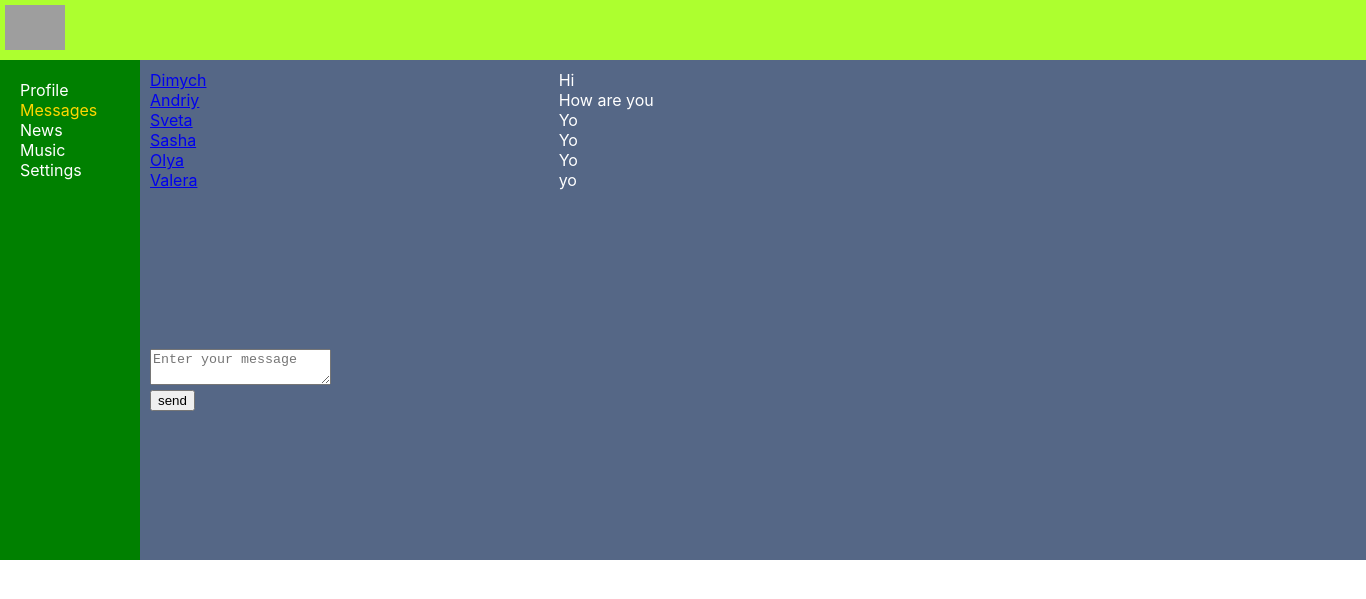
Repository: AndreyMykulych/FirstProject
Page: /dialogs
The author's editor kept a copy of each file at every save. The page is drawn from the files as they stood at one save, then again after the next save.
The browser window is 1280 px wide. The page is 1366 px wide, so the pictures cover 1366 px, including what lies to the right of the window. The pictures show the whole page.
Pictures or frames that could not be fetched are drawn as grey boxes. The project was rebuilt for these pictures with package versions that can differ from the ones it lists, and the page was loaded fresh each time. Also part of the build but not shown: src/components/Profile/MyPosts/MyPosts.module.css, src/components/Profile/MyPosts/Post/Post.module.css, src/components/Profile/MyPosts/Post/Post.jsx, src/components/Profile/MyPosts/MyPosts.jsx, src/components/Profile/MyPosts/MyPostsContainer.jsx, src/components/Profile/ProfileInfo/ProfileInfo.module.css, src/components/Profile/ProfileInfo/ProfileInfo.jsx, src/components/Profile/Profile.jsx.

Above is the page before, as saved 2022-06-21 18:42:36.

After the next save:
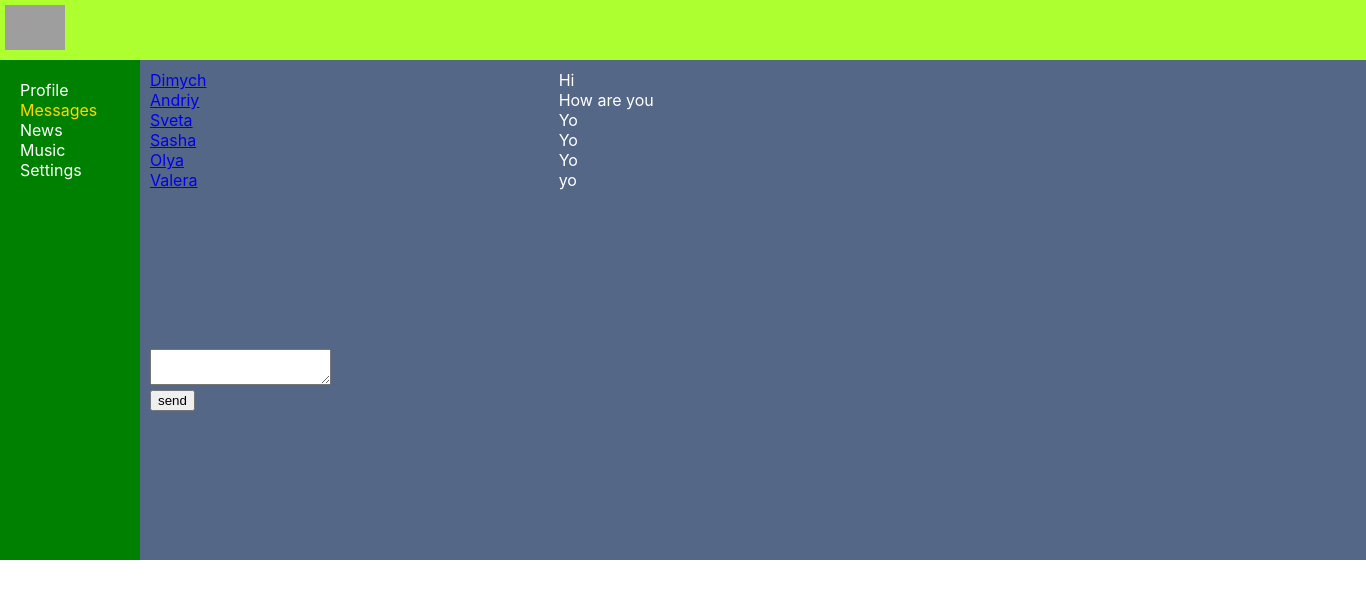
Saved 96 s later.
--- a/src/redux/Message-reducer.js
+++ b/src/redux/Message-reducer.js
@@ -17,7 +17,7 @@ let initialState={
         { id: 5, message: "Yo" },
         { id: 6, message: "yo" },
     ],
-     newDialogMessage : '',
+     newDialogMessage : 'hi dude',
     }
 const messageReducer = (state=initialState, action) => {
     switch (action.type) {
--- a/src/components/Dialogs/Dialogs.jsx
+++ b/src/components/Dialogs/Dialogs.jsx
@@ -33,8 +33,8 @@ const Dialogs = (props) => {
             <div className={s.textBlock}>
 
                 <textarea
-                    placeholder="Enter your message"
-                    ref={newMessageElement}
+                   /*
+                    ref={newMessageElement} */
                     value={props.newDialogMessageText}
                     onChange={onChangeMessage}>
                 </textarea>
